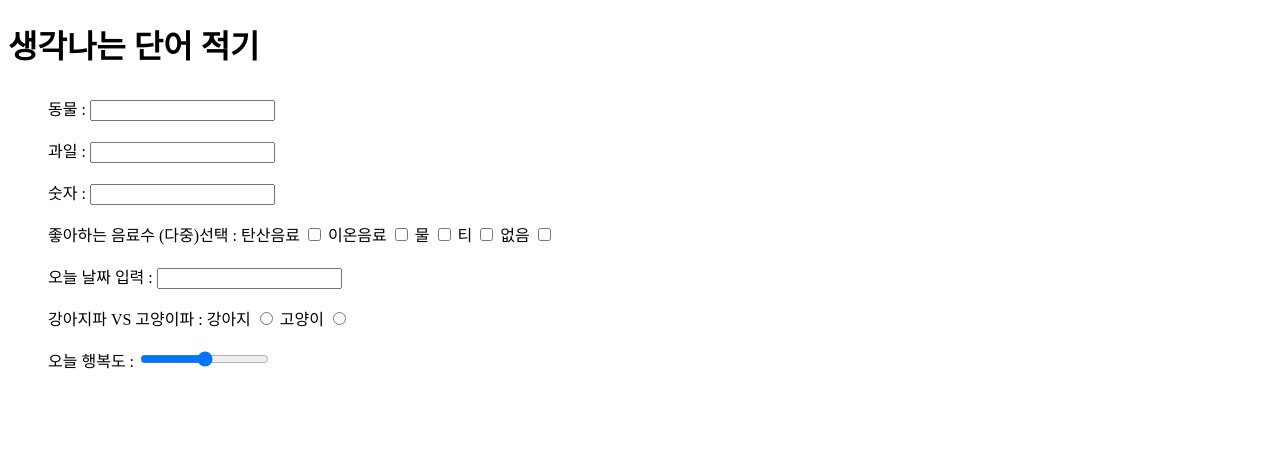
Repository: ham-zi/front-practice
Page: dynamic-workspace/MyFirstWebProject/src/main/webapp/views/request_get2.html
An editor plug-in stored every save of this project. The page is shown before and after the next save, followed by the edit.
The browser window is 1280 px wide. The pictures show the whole page.

Above is the page before, as saved 2026-05-04 08:26:46.

### dynamic-workspace/MyFirstWebProject/src/main/webapp/views/request_get2.html
<!DOCTYPE html>
<html>
<head>
<meta charset="UTF-8">
<title>Insert title here</title>

<style>
	ul{
		list-style : none;
		line-height : 200%;
	}

	ul > li {
		padding : 5px 0px;
	}
</style>

</head>
<body>


	<form method="get" action="second.do">
			<h1>생각나는 단어 적기</h1>
		<ul>
			<li>
				동물 : <input type="text" name="animal"/>
			</li>

			<li>
				과일 : <input type="text" name="fruit"/>
			</li>

			<li>
				숫자 : <input type="number" name="number"/>
			</li>

			<li>
				좋아하는 음료수 (다중)선택 :
				탄산음료 <input type="checkbox" name="drink" value="탄산음료"/>
				이온음료 <input type="checkbox" name="drink" value="이온음료"/>
				물     <input type="checkbox" name="drink" value="물"/>
				티     <input type="checkbox" name="drink" value="티"/>
				없음    <input type="checkbox" name="drink" value="없음"/>
			</li>

			<li>
				오늘 날짜 입력 : <input type="text" name="date"/>
			</li>

			<li>
				강아지파 VS 고양이파 :
				강아지 <input : type="radio" name="catdog" value="강아지"/>
				고양이 <input : type="radio" name="catdog" value="고양이"/>
			</li>

			<li>
				오늘 행복도 :
				<input type="range" name="happy" min="0" max="100"/>
			</li>

		</ul>
	</form>







</body>
</html>

After the next save:
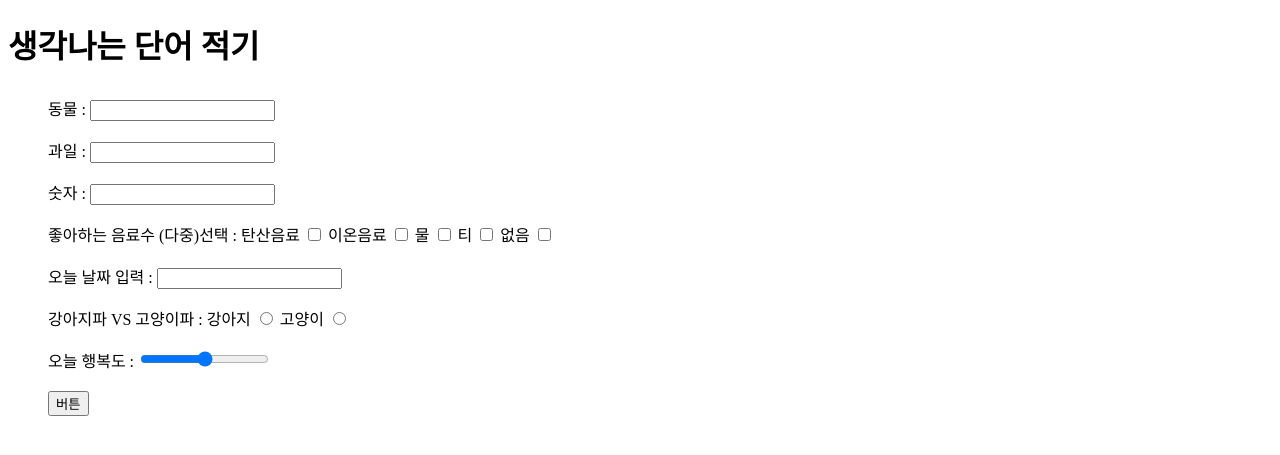
Saved 66 s later.
--- a/dynamic-workspace/MyFirstWebProject/src/main/webapp/views/request_get2.html
+++ b/dynamic-workspace/MyFirstWebProject/src/main/webapp/views/request_get2.html
@@ -58,6 +58,10 @@
 				<input type="range" name="happy" min="0" max="100"/>
 			</li>
 
+			<li>
+				<button type="submit"> 버튼 </button>
+			</li>
+
 		</ul>
 	</form>
 
